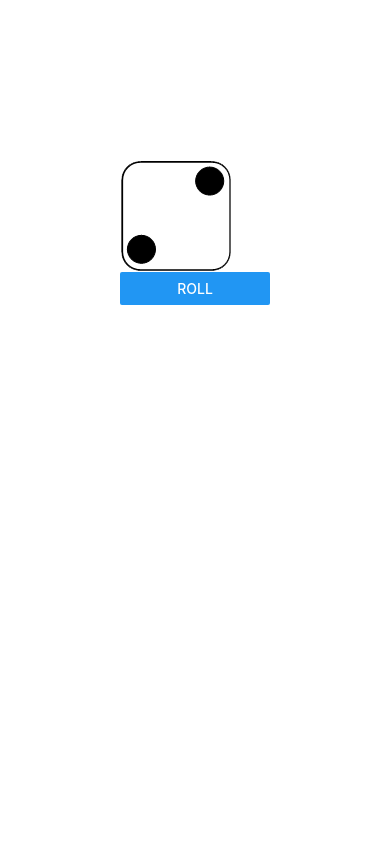
Repository: akinmiday/ReactNativeApp
Screen: /
The author's editor kept a copy of each file at every save. The screen is drawn from the files as they stood at one save, then again after the next save.
The app was drawn by React Native's web renderer in a window 390 px wide. The project was rebuilt for these pictures with package versions that can differ from the ones it lists, and the page was loaded fresh each time.

Above is the screen before, as saved 2023-08-03 17:01:47.

After the next save:
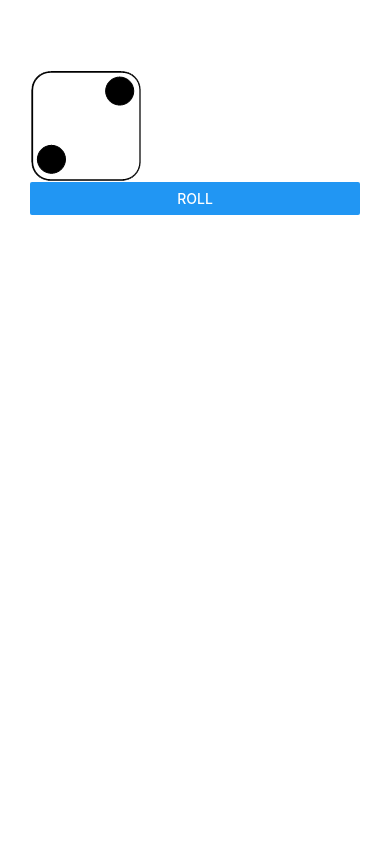
Saved 17 min 20 s later.
--- a/styles.js
+++ b/styles.js
@@ -8,7 +8,7 @@ const styles = StyleSheet.create({
     flex: 1,
   },
   image: {
-    padding: 100,
+    padding: 10,
   },
 });
 
